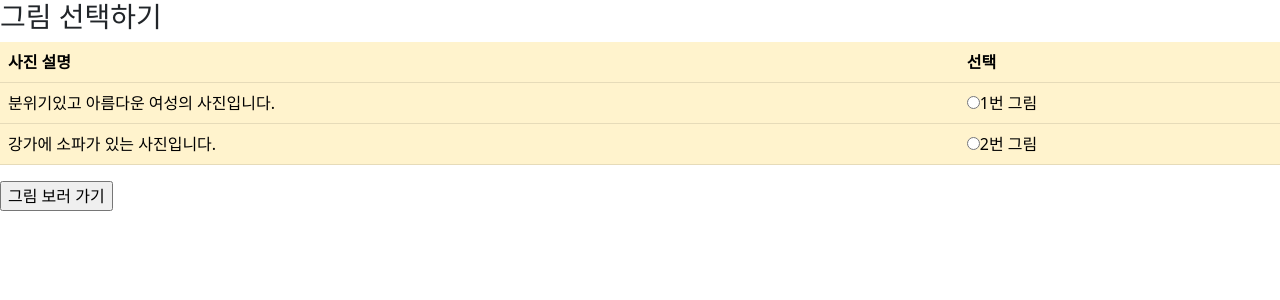
Repository: limbbbyoung/JSP_practice
Page: http://localhost/JSPbasic/jspobject/request/req_photo.jsp
The author's editor kept a copy of each file at every save. The page is drawn from the files as they stood at one save, then again after the next save.
The browser window is 1280 px wide. The pictures show the whole page.
The page is served by Tomcat 9.

Above is the page before, as saved 2022-03-25 12:45:25.

### JSPbasic/src/main/webapp/jspobject/request/req_photo.jsp
<%@ page language="java" contentType="text/html; charset=UTF-8"
    pageEncoding="UTF-8"%>
<!DOCTYPE html>
<html>
<head>
<link href="https://cdn.jsdelivr.net/npm/bootstrap@5.1.3/dist/css/bootstrap.min.css" rel="stylesheet" integrity="sha384-1BmE4kWBq78iYhFldvKuhfTAU6auU8tT94WrHftjDbrCEXSU1oBoqyl2QvZ6jIW3" crossorigin="anonymous">
<meta charset="UTF-8">
<title>Insert title here</title>
</head>
<body>
    <%-- 아래에 폼을 만들어주세요.
    목적지는 함께 만든 req_photo_result.jsp
    테이블을 이용해 사진 제목, 체크박스를 만들어주세요.
    그리고 아래에 제출 버튼은 "그림 보러 가기"로 적어주시고
    해당 버튼을 눌렀을때 req_photo_result에 어떤 그림을 선택했는지
    체크박스로 구분해주시고, 구분한 그림에 맞는 사진이 결과페이지에 나오도록
    if~else문을 구성해주세요.
    그림파일은 <img src="그림파일명">을 이용해 출력가능합니다. --%>
     <form action="http://localhost:8181/JSPbasic/jspobject/request/req_photo_result.jsp" method="post">
     <h3>그림 선택하기</h3>
      <table class="table table-border table-hover table-warning">
       <tr>
         <th>사진 설명</th>
         <th>선택</th>
       </tr>
       <tr>
         <td>분위기있고 아름다운 여성의 사진입니다.</td>
         <td><input type="radio" name="photo" value="1번그림">1번 그림 &nbsp;</td>
       </tr>
       <tr>
         <td>강가에 소파가 있는 사진입니다.</td>
         <td><input type="radio" name="photo" value="2번그림">2번 그림 &nbsp;</td>
       </tr>
    </table>
    <input type="submit" value="그림 보러 가기">
    </form>
</body>
</html>

After the next save:
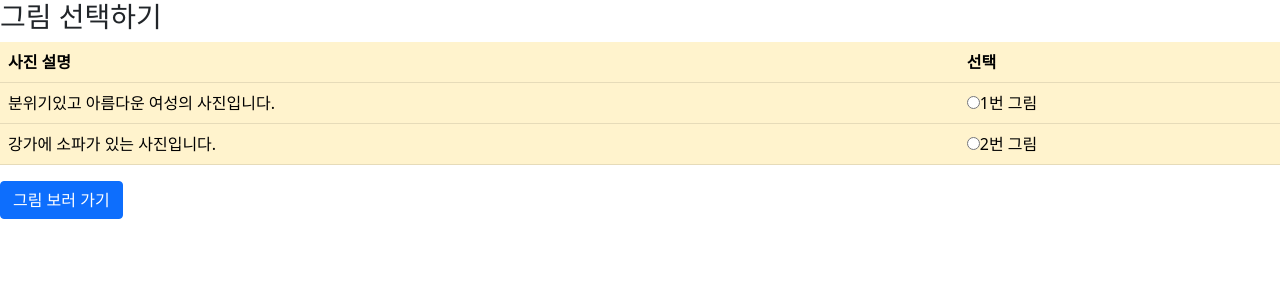
Saved 81 s later.
--- a/JSPbasic/src/main/webapp/jspobject/request/req_photo.jsp
+++ b/JSPbasic/src/main/webapp/jspobject/request/req_photo.jsp
@@ -32,7 +32,7 @@
          <td><input type="radio" name="photo" value="2번그림">2번 그림 &nbsp;</td>
        </tr>
     </table>
-    <input type="submit" value="그림 보러 가기">
+    <input type="submit" class="btn btn-primary" value="그림 보러 가기">
     </form>
 </body>
 </html>
